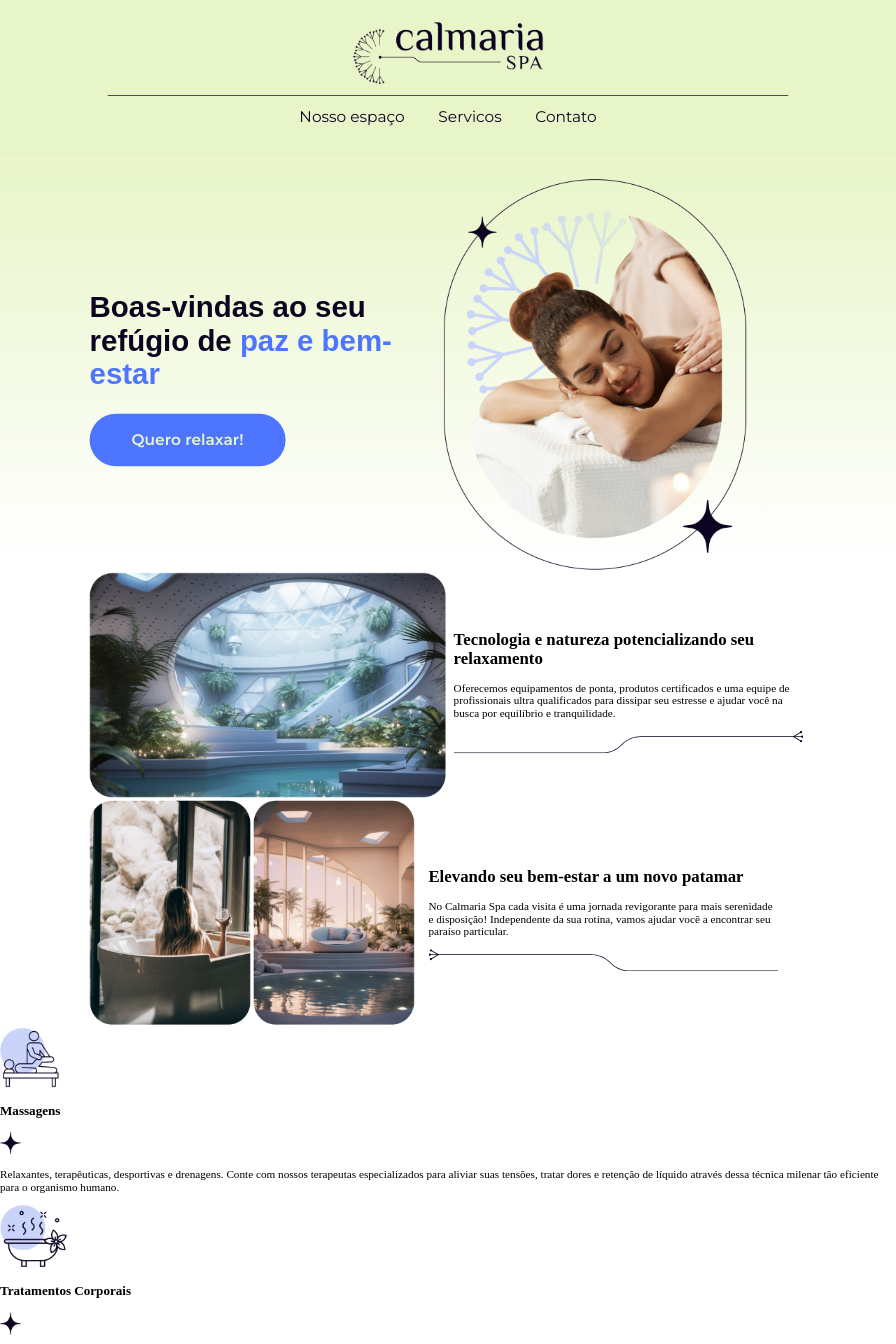
Repository: joaoPraiaJunior/curso-sass
Page: index.html
The author's editor kept a copy of each file at every save. The page is drawn from the files as they stood at one save, then again after the next save.
The browser window is 1280 px wide. The pictures show the part of the page from y = 0 to 1920 px (the page is 3597 px tall), at 70% of full size.
Some web fonts or font styles are not loaded; a fallback is used. The style sheet was rebuilt from its Sass, Less or Tailwind sources for each picture, by a compiler version that may differ from the author's.

Above is the page before, as saved 2024-07-06 16:57:23.

### index.html
<!DOCTYPE html>
<html lang="pt-BR">

<head>
    <meta charset="UTF-8">
    <meta name="viewport" content="width=device-width, initial-scale=1.0">
    <link rel="stylesheet" href="/styles/styles.css">
    <link rel="preconnect" href="https://fonts.googleapis.com">
    <link rel="preconnect" href="https://fonts.gstatic.com" crossorigin>
    <link href="https://fonts.googleapis.com/css2?family=Krona+One&family=Montserrat:wght@400;600;700&display=swap" rel="stylesheet">
    <title>Calmaria</title>
</head>

<body>
    <header>
        <img src="./assets/logo.png" alt="logo">
        <nav>
            <ul>
                <li><a href="#nosso-espaco">Nosso espaço</a></li>
                <li><a href="#servico">Servicos</a></li>
                <li><a href="#contatos">Contato</a></li>
            </ul>
        </nav>
    </header>
    <main>
        <section id="home">
            <div class="home-conteudo">
                <div class="textos-home">
                    <h1>Boas-vindas ao seu refúgio de <span> paz e bem-estar</span></h1>
                    <button class="btn-main">Quero relaxar!</button>
                </div>
                <div class="img-home">
                    <img src="/assets/home-image.png" alt="Mulher de bruços recebendo massagem nas costas">
                </div>
            </div>
        </section>
        <section id="nosso-espaco">
            <div class="detalhes">
                <div class="imgs-espaco">
                    <img class="img-espaco" src="/assets/espaco-1.png" alt="Espaço iluminado pelo sol com design futurista composto por piscina e plantas">
                </div>
                <div class="espaco-textos">
                    <h2 class="titulo">Tecnologia e natureza potencializando seu relaxamento</h2>
                    <p class="infos">Oferecemos equipamentos de ponta, produtos certificados e uma equipe de
                        profissionais ultra qualificados para dissipar seu estresse e ajudar você na busca por
                        equilíbrio e tranquilidade.</p>
                    <img class="separador" src="./assets/separador-direita.svg" alt="separador de seções">
                </div>
            </div>
            <div class="detalhes">
                <div class="imgs-espaco">
                    <img class="img-espaco" src="/assets/espaco-2.png" alt="Mulher sentada numa banheira com uma taça na mão">
                    <img class="img-espaco" src="/assets/espaco-3.png" alt="Espaço com uma piscina e um sofá ao fundo">
                </div>
                <div class="espaco-textos">
                    <h2 class="titulo">Elevando seu bem-estar a um novo patamar</h2>
                    <p class="infos">No Calmaria Spa cada visita é uma jornada revigorante para mais serenidade e
                        disposição! Independente da sua rotina, vamos ajudar você a encontrar seu paraíso
                        particular.</p>
                    <img class="separador" src="./assets/separador-esquerda.svg" alt="separador de seções">
                </div>
            </div>
        </section>
        <section id="servico">

            <div class="cards">
                <div class="card">
                    <img src="/assets/icon-massagem.png" alt="Icone de massagem">
                    <h3 class="card-titulo">Massagens</h3>
                    <img src="./assets/Soft-Star.png" alt="soft star">
                    <p class="card-texto">Relaxantes, terapêuticas, desportivas e drenagens. Conte com nossos
                        terapeutas especializados para aliviar suas tensões, tratar dores e retenção de líquido
                        através
                        dessa técnica milenar tão eficiente para o organismo humano.</p>
                </div>
                <div class="card">
                    <img src="/assets/icon-tratamentos.png" alt="Icone de tratamento com figura de uma banheira">
                    <h3 class="card-titulo">Tratamentos Corporais</h3>
                    <img src="./assets/Soft-Star.png" alt="soft star">
                    <p class="card-texto">Tratamos sua pele com gentileza através de esfoliações corporais suaves,
                        hidratações profundas do corpo e do rosto, além de limpeza facial. Você também pode
                        desfrutar de
                        banhos revigorantes de sais.</p>
                </div>
                <div class="card">
                    <img src="/assets/icon-dias-especiais.png" alt="Icone de Dias especiais com figura de produtos">
                    <h3 class="card-titulo">Dias especiais</h3>
                    <img src="./assets/Soft-Star.png" alt="soft star">
                    <p class="card-texto">Pacotes cuidadosamente elaborados, desde o "Dia Revitalizante" com
                        massagens e tratamentos faciais, até o "Dia Serenidade" com banhos terapêuticos e meditação.
                        Mime-se com momentos de refúgio de tranquilidade.</p>
                </div>
            </div>

        </section>
        <section id="desconto">
            <img src="/assets/mandala-esquerda.png" alt="Mandala lado esquerdo">
            <div class="desconto-form">
                <h4>Inscreva-se para ganhar descontos!</h4>
                <p>Cadastre seu email para receber descontos e novidades sobre o espaço e nossos serviços.</p>
                <div class="input-btn">
                    <input type="email">
                    <button type="submit">Inscrever</button>
                </div>
            </div>
            <img src="/assets/mandala-direita.png" alt="Mandala lado direito">
        </section>
        <section id="contatos">
            <div class="contatos-imgs">
                <img src="/assets/contato-img-1.png" alt="Homem deitado em banheira">
                <img src="/assets/contato-img-2.png" alt="Mulher olhando para o horizonte dentro de uma banheira">
                <img src="/assets/contato-img-3.png" alt="Visão superior de um livro nas mãos de uma pessoa dentro de uma banheira">
            </div>
            <div class="contatos-form">
                <h4 class="titulo">Entre em contato</h4>
                <p class="infos">Reserve seu horário, tire dúvidas ou proponha sugestões, nosso canal é aberto para
                    você!</p>
                <form class="inputs">
                    <div class="form-group">
                        <label for="nomeContato">Nome</label>
                        <input type="text" id="nomeContato" placeholder="Digite nome completo">
                    </div>
                    <div class="form-group">
                        <label for="emailContato">Email</label>
                        <input type="email" id="emailContato" placeholder="Digite seu email">
                    </div>
                    <div class="form-group">
                        <label for="telefoneContato">Telefone</label>
                        <input type="text" id="telefoneContato" placeholder="(xx) xxxxx-xxxx">
                    </div>
                    <div class="form-group">
                        <label for="mensagemContato">Mensagem</label>
                        <textarea id="mensagemContato" placeholder="Escreva sua mensagem"></textarea>
                    </div>
                    <button class="btn">Enviar</button>
                </form>
            </div>
        </section>
    </main>
    <footer>
        <small>Desenvolvido po Alura. Projeto fictício sem fins comerciais.</small>
    </footer>
</body>

</html>

### styles/styles.scss
@use './abstract/root';

@use './components/header';
@use './components/home';
@use './components/nosso-espaco';

### styles/abstract/_root.scss
html {
  font-size: 62.5%;
}

body {
  font-size: 1.6rem;
  margin: 0;
  padding: 0;
  box-sizing: border-box;
}

### styles/components/_header.scss
@use "../abstract/variaveis";
@use "../abstract/mixins";

header {
  display: flex;
  flex-direction: column;
  align-items: center;
  gap: 1.6rem;
  background-color: variaveis.$cor-quaternaria;
  padding: 3.2rem;

  nav {
    border-top: 1px solid variaveis.$cor-primaria;
    width: 80%;

    ul {
      display: flex;
      justify-content: center;
      gap: 4.8rem;
      padding: 0;
      li {
        list-style-type: none;
        a {
            @include mixins.estilos-fontes(variaveis.$ft-textos, 2.2rem, variaveis.$cor-primaria);
          font-weight: 500;
          text-decoration: none;
        }
      }
    }
  }
}

### styles/abstract/_variaveis.scss
//Variáveis
//Cores
$cor-primaria: #0C0421;
$cor-secundaria: #4e75ff;
$cor-terciaria: #85a0ff;
$cor-quaternaria: #E8F5C8;
$cor-default: #CAD4FA;
$gradiente-primario: linear-gradient(180deg, #E8F5C8 0%, #FFFFFF 96.87%);
$gradiente-secundario: linear-gradient(180deg, rgba(255, 255, 255, 0.7) 0%, rgba(202, 212, 250, 0.3) 100%);
//Fontes
$ft-textos: 'Montserrat', sans-serif;
$ft-titulos: 'Krona One', sans-serif;

### styles/abstract/_mixins.scss
@mixin margem-centralizada($width) {
    width: $width;
    margin: 0 auto;
}

@mixin estilos-fontes($font-family, $font-size, $font-color) {
    font-family: $font-family;
    font-size: $font-size;
    color: $font-color;
}

### styles/components/_home.scss
@use "../abstract/variaveis";
@use "../abstract/mixins";

#home {
  background: variaveis.$gradiente-primario;

  .home-conteudo {
    display: flex;
    align-items: center;
    @include mixins.margem-centralizada(80%);
    max-width: 1040px;
    .textos-home {
      max-width: 464px;
      h1 {
        font-family: variaveis.$ft-titulos;
        font-size: 4.2rem;
        color: variaveis.$cor-primaria;
        margin-bottom: 3.2rem;
        span {
          color: variaveis.$cor-secundaria;
        }
      }

      .btn-main {
        font-family: variaveis.$ft-textos;
        font-size: 2.2rem;
        font-weight: 600;
        color: variaveis.$cor-quaternaria;
        background-color: variaveis.$cor-secundaria;
        width: 28rem;
        border: none;
        padding: 2.4rem;
        border-radius: 40px;
        cursor: pointer;
      }
    }

    .img-home {
      max-width: 474px;
      img {
        width: 100%;
      }
    }
  }
}

### styles/components/_nosso-espaco.scss
@use "../abstract/variaveis";
@use "../abstract/mixins";

#nosso-espaco {
    @include mixins.margem-centralizada(80%);
    .detalhes {
        display: inline-flex;
        align-items: center;
        justify-content: space-around;
        gap: 2rem;
        .imgs-espaco {
            max-width: 500px;
        }

        .espaco-textos {
            @extend .imgs-espaco;
            .separador {
                width: 100%;
            }
        }
    }
}

After the next save:
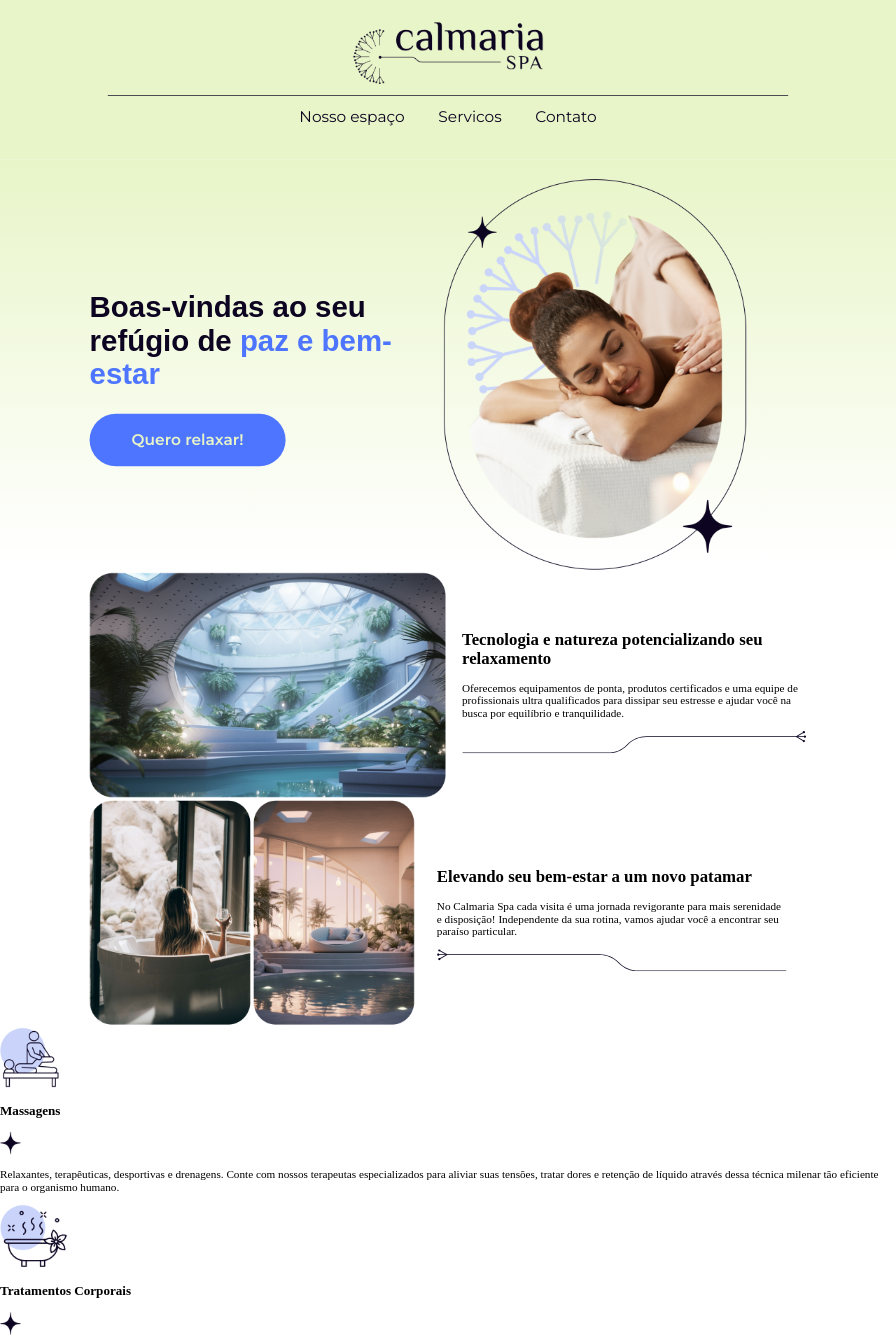
Saved 3 min 21 s later.
--- a/styles/components/_nosso-espaco.scss
+++ b/styles/components/_nosso-espaco.scss
@@ -7,7 +7,7 @@
         display: inline-flex;
         align-items: center;
         justify-content: space-around;
-        gap: 2rem;
+        gap: 3.2rem;
         .imgs-espaco {
             max-width: 500px;
         }
